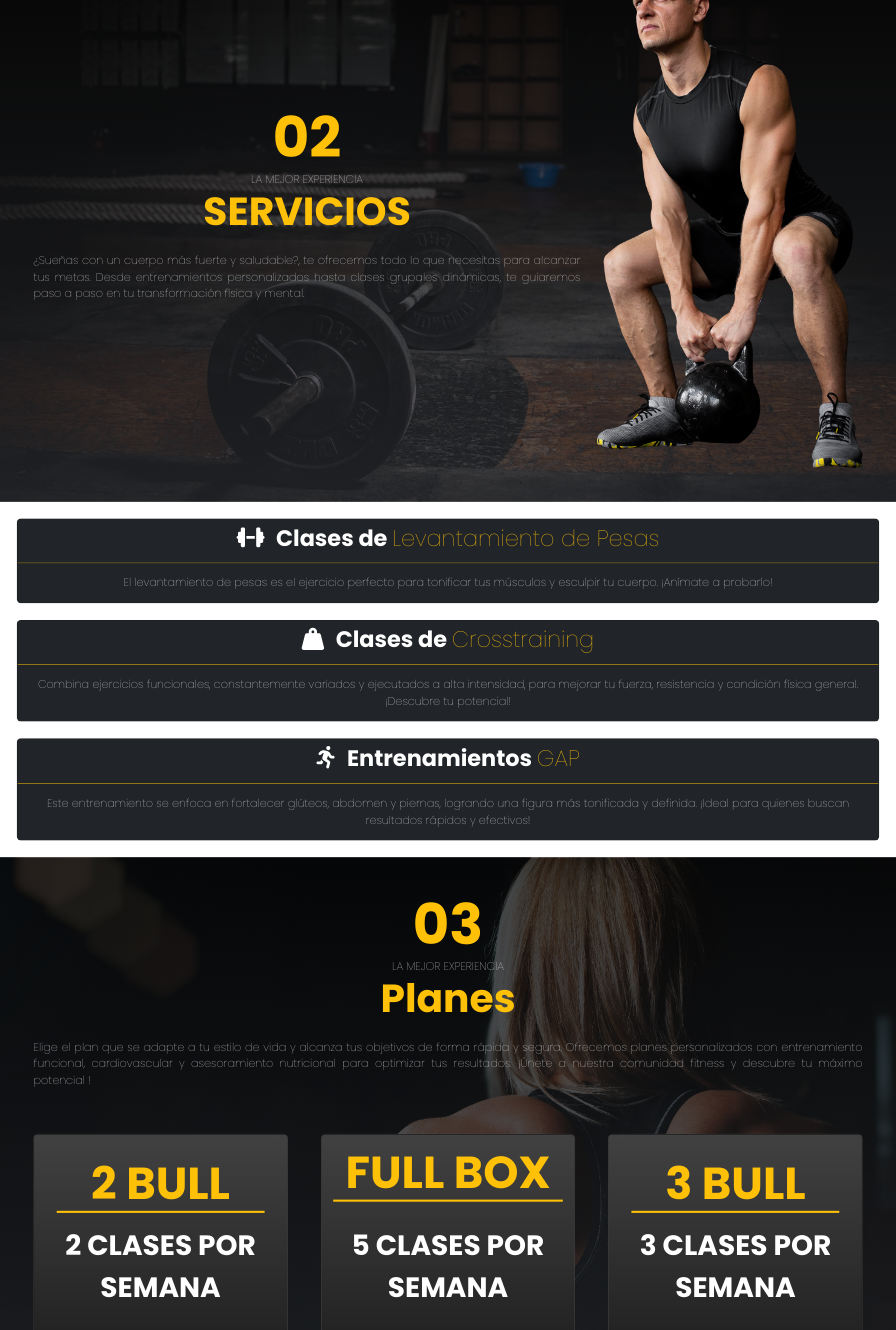
Repository: enjeru13/BullBox
Page: / (app in BullBox/)
An editor plug-in stored every save of this project. The page is shown before and after a run of saves, followed by the edit.
The browser window is 1280 px wide. The pictures show the part of the page from y = 1864 to 3764 px (the page is 4177 px tall), at 70% of full size.
The project was rebuilt for these pictures with package versions that can differ from the ones it lists, and the page was loaded fresh each time. Also part of the build but not shown: BullBox/vite.config.js, BullBox/src/pages/Registro.jsx, BullBox/src/pages/Login.jsx, BullBox/src/pages/Perfil.jsx, BullBox/src/pages/Tienda.jsx, BullBox/ProtectedRoute.jsx.

Above is the page before, as saved 2024-10-28 12:20:07.

### BullBox/index.html
<!doctype html>
<html lang="en">
  <head>
    <meta charset="UTF-8" />
    <link rel="icon" type="image/svg+xml" href="/vite.svg" />
    <link rel="preconnect" href="https://fonts.googleapis.com">
<link rel="preconnect" href="https://fonts.gstatic.com" crossorigin>
<link href="https://fonts.googleapis.com/css2?family=Poppins:ital,wght@0,100;0,200;0,300;0,400;0,500;0,600;0,700;0,800;0,900;1,100;1,200;1,300;1,400;1,500;1,600;1,700;1,800;1,900&family=Raleway:ital,wght@0,100;0,200;0,300;0,400;0,500;0,600;0,700;0,800;0,900;1,100;1,200;1,300;1,400;1,500;1,600;1,700;1,800;1,900&display=swap" rel="stylesheet">
    <meta name="viewport" content="width=device-width, initial-scale=1.0" />
    <title>Bull Box</title>
  </head>
  <body>
    <div id="root"></div>
    <script type="module" src="/src/main.jsx"></script>
    <script
    src="https://cdn.jsdelivr.net/npm/bootstrap@5.0.2/dist/js/bootstrap.bundle.min.js"
    integrity="sha384-MrcW6ZMFYlzcLA8Nl+NtUVF0sA7MsXsP1UyJoMp4YLEuNSfAP+JcXn/tWtIaxVXM"
    crossorigin="anonymous"
  ></script>
</html>

### BullBox/src/App.jsx
import { BrowserRouter, Routes, Route } from 'react-router-dom'
import { AuthProvider } from './context/AuthContext'
import Header from './components/Header'
import Inicio from './pages/Inicio'
import Registro from './pages/Registro'
import Login from './pages/Login'
import Perfil from './pages/Perfil'
import Tienda from './pages/Tienda'
import ProtectedRoute from '../ProtectedRoute'
import Footer from './components/Footer'

function App() {
  return (
    <AuthProvider>
      <BrowserRouter>
        <Header/>
        <Routes>
          <Route path='/' element={<Inicio />} />

          <Route path='/register' element={<Registro />} />

          <Route path='/login' element={<Login />} />

          <Route path='/tienda' element={<Tienda />} />

          <Route element={<ProtectedRoute/>}>
            <Route path='/profile' element={<Perfil />} />
          </Route>

        </Routes>
        <Footer/>
      </BrowserRouter>
    </AuthProvider>
  )
}

export default App

### BullBox/src/index.css
* {
 margin: 0;
 padding: 0;
 font-family: "Poppins", serif;
 font-optical-sizing: auto;
 font-weight: 100;
 font-style: normal;
}

/* Inicio */

.bg-image {
  background: linear-gradient(rgba(0, 0, 0, 0.717), rgba(36, 38, 42, 0.745)), url("/img/fondo.jpg");
  height: 100vh; /* 100vh = 100% de la altura de la viewport */
  width: 100vw; /* 100vw = 100% del ancho de la viewport */
  background-size: cover; /* Hace que la imagen cubra todo el espacio disponible */
  background-position: center; /* Centra la imagen */
  background-repeat: no-repeat; /* Evita que la imagen se repita */
  justify-content: center;
  align-items: center;
  display: flex;
}

/* Nosotros */

.bg {
  background-color: #dde1e9;
}

.justified-text {
  text-align: justify;
}

/* Servicios */

.bg-image-servicios {
  background: linear-gradient(rgba(0, 0, 0, 0.717), rgba(36, 38, 42, 0.745)), url("/img/fondo-servicios.jpg");
  background-size: cover; /* Hace que la imagen cubra todo el espacio disponible */
  background-position: center; /* Centra la imagen */
  background-repeat: no-repeat; /* Evita que la imagen se repita */
}

/* Planes */

.bg-image-planes {
  background: linear-gradient(rgba(0, 0, 0, 0.717), rgba(36, 38, 42, 0.745)), url("/img/fondo-planes1.jpg");
  background-size: cover; /* Hace que la imagen cubra todo el espacio disponible */
  background-position: center; /* Centra la imagen */
  background-repeat: no-repeat; /* Evita que la imagen se repita */
}

.bg-card {
  background: linear-gradient(rgba(0, 0, 0, 0.745), rgb(18, 17, 17));
}

### BullBox/src/context/AuthContext.jsx
import { createContext, useContext, useState, useEffect } from 'react'
import { registerRequest, loginRequest, verifyTokenRequest } from '../api/auth'
import Cookies from 'js-cookie'

const AuthContext = createContext();

// eslint-disable-next-line react-refresh/only-export-components
export const useAuth = () => {
    const context = useContext(AuthContext)
    if (!context) {
        throw new Error('useAuth deberia estar dentro del Provider')
    }
    return context
}

// eslint-disable-next-line react/prop-types
export const AuthProvider = ({ children }) => {

    const [user, setUser] = useState(null)
    const [isAuthenticated, setIsAuthenticated] = useState(false)
    const [errors, setErrors] = useState([])
    const [loading, setLoading] = useState(true)

    const signUp = async (user) => {
        try {
            const res = await registerRequest(user)
            console.log(res.data)
            setUser(res.data)
            setIsAuthenticated(true)
        } catch (error) {
            console.log(error.response)
            setErrors(error.response.data)
        }
    }

    const signIn = async (user) => {
        try {
            const res = await loginRequest(user)
            console.log(res.data)
            setUser(res.data)
            setIsAuthenticated(true)
        } catch (error) {
            if (Array.isArray(error.response.data)) {
                return setErrors(error.response.data)
            }
            setErrors([error.response.data.message])
        }
    }

    const logOut = () => {
        Cookies.remove('token')
        setIsAuthenticated(false)
        setUser(null)
    }

    // timer de las alertas de errores

    useEffect(() => {
        if (errors.length > 0) {
            const timer = setTimeout(() => {
                setErrors([])
            }, 3000);
            return () => clearTimeout(timer)
        }
    }, [errors])

    useEffect(() => {
        async function checkLogin() {
            const cookies = Cookies.get()

            if (!cookies.token) {
                setIsAuthenticated(false)
                setLoading(false)
                return setUser(null)
            }
            try {
                const res = await verifyTokenRequest(cookies.token)
                if (!res.data) {
                    setIsAuthenticated(false)
                    setLoading(false)
                    return
                }

                setIsAuthenticated(true)
                setUser(res.data)
                setLoading(false)

            } catch (error) {
                console.log(error)
                setIsAuthenticated(false)
                setUser(null)
                setLoading(false)
            }
        }
        checkLogin()
    }, [])

    return (
        <AuthContext.Provider value={{
            signUp,
            signIn,
            logOut,
            loading,
            user,
            isAuthenticated,
            errors,
        }}>
            {children}
        </AuthContext.Provider>
    )
}

export default AuthContext

### BullBox/src/components/Header.jsx
import { Link } from "react-router-dom"
import { useAuth } from '../context/AuthContext'

function Header() {

    const { isAuthenticated, logOut, user } = useAuth()

    return (
        <>
            <nav className="navbar navbar-expand-lg bg-dark border-bottom border-warning p-4 sticky-top">
                <div className="container-fluid">
                    <a className="navbar-brand text-white fs-1 " href='#'>BULL <span className="text-warning">BOX</span></a>
                    <button className="navbar-toggler border-2 border-warning" type="button" data-bs-toggle="collapse" data-bs-target="#navbarNav" aria-controls="navbarNav" aria-expanded="false" aria-label="Toggle navigation">
                        <span className="navbar-toggler-icon"></span>
                    </button>
                    <div className="collapse navbar-collapse " id="navbarNav">
                        <ul className="navbar-nav ms-auto justify-content-center align-items-center">
                            <li className="nav-item">
                                <Link className="nav-link text-white fs-4 active mx-3" aria-current="page" to="/">Inicio</Link>
                            </li>
                            <li className="nav-item">
                                <Link className="nav-link text-white fs-4 mx-3" to="/tienda">Tienda</Link>
                            </li>
                            {isAuthenticated ? (
                                <>
                                    <li className="nav-item">
                                        <Link className="nav-link text-white fs-4 mx-3" to='/profile'>Tu perfil {user.username} </Link>
                                    </li>
                                    <li className="nav-item ">
                                        <Link className="nav-link text-white fs-4 mx-3" to='/' onClick={() => {
                                            logOut()
                                        }}>Cerrar Sesión</Link>
                                    </li>
                                </>
                            ) : (
                                <>
                                    <li className="nav-item">
                                        <Link className="nav-link text-white fs-4 mx-3" to="/login">Inicia Sesión</Link>
                                    </li>
                                </>)}
                        </ul>
                    </div >
                </div >
            </nav >
        </>
    )
}

export default Header

### BullBox/src/pages/Inicio.jsx
import { FontAwesomeIcon } from '@fortawesome/react-fontawesome';
import { faLocationPin, faDumbbell, faPersonRunning, faWeightHanging } from '@fortawesome/free-solid-svg-icons';
import nosotros from '/img/nosotros.png'
import servicios from '/img/servicios.png'
import QRvzla from '/img/QRvzla.jpg'
import Mapa from '../components/Mapa'

function Inicio() {
    return (
        <>
            {/* Inicio */}

            <section className="bg-image text-center text-white fw-bold">
                <div className=''>
                    <h2 className='fw-bold display-4'>HAZ QUE <span className='text-warning'>OCURRA</span></h2>
                    <h5 className=''>Triunfar es mas facil de lo que piensas !</h5>
                    <hr className='text-warning' />
                    <h2 className='fw-bold display-4'>ENTRENA <span className='text-warning'>GRATIS HOY ! </span> </h2>
                    <h5 className=''>Primera Clase Gratis !</h5>
                </div>
            </section>

            {/* Nosotros */}

            <section className='container fw-bold p-5'>
                <div className='row justify-content-center align-items-center'>
                    <div className='col-md-4'>
                        <img className='img-fluid' src={nosotros} />
                    </div>
                    <div className='col-md-8 my-4 text-center'>
                        <div className='text-warning fw-bold display-1'>
                            01
                        </div>
                        <span className='fw-bold'>LA MEJOR EXPERIENCIA</span>
                        <h1 className='text-warning fw-bold display-4'>NOSOTROS</h1>
                        <p className='justified-text pt-3 fw-bold'> Creemos en el poder del movimiento y en el potencial ilimitado de cada persona. Nuestro equipo de expertos te guiará en cada paso del camino, diseñando planes de entrenamiento personalizados para ayudarte a alcanzar tus metas. </p>
                    </div>
                </div>
                <div >
                    <h1 className='text-center pt-3 pb-3 text-warning fw-bold'>Nuestra ubicacion</h1>
                    <Mapa />
                </div>
                <div>
                    <h3 className='text-center pt-4 fw-bold'> <FontAwesomeIcon className='text-warning me-2' icon={faLocationPin} />Barrio Obrero Calle 15 entre Carreras 21 y 22</h3>
                </div>
            </section>

            {/* Servicios */}

            <section className='bg-image-servicios fw-bold p-5 text-center text-white'>
                <div className='row justify-content-center align-items-center'>
                    <div className='col-md-8 my-4 text-center'>
                        <div className='text-warning fw-bold display-1'>
                            02
                        </div>
                        <span>LA MEJOR EXPERIENCIA</span>
                        <h2 className='text-warning fw-bold display-4'>SERVICIOS</h2>
                        <p className='justified-text pt-3'> ¿Sueñas con un cuerpo más fuerte y saludable?, te ofrecemos todo lo que necesitas para alcanzar tus metas. Desde entrenamientos personalizados hasta clases grupales dinámicas, te guiaremos paso a paso en tu transformación física y mental. </p>
                    </div>
                    <div className='col-md-4'>
                        <img className='img-fluid' src={servicios} />
                    </div>
                </div>
            </section>

            <div className="card text-center m-4 fw-bold bg-dark text-white">
                <div className="card-header border-warning">
                    <h2 className="text-center fw-bold"><i className='me-3'><FontAwesomeIcon icon={faDumbbell} /></i>Clases de <span className='text-warning'>Levantamiento de Pesas</span></h2>
                </div>
                <div className="card-body">
                    <p className="card-text text-center">El levantamiento de pesas es el ejercicio perfecto para tonificar tus músculos y esculpir tu cuerpo. ¡Anímate a probarlo!</p>
                </div>
            </div>

            <div className="card text-center m-4 fw-bold bg-dark text-white">
                <div className="card-header border-warning">
                    <h2 className=" fw-bold card-title text-center"><i className='me-3'><FontAwesomeIcon icon={faWeightHanging} /></i>Clases de <span className='text-warning'>Crosstraining</span></h2>
                </div>
                <div className="card-body">
                    <p className="card-text text-center">Combina ejercicios funcionales, constantemente variados y ejecutados a alta intensidad, para mejorar tu fuerza, resistencia y condición física general. ¡Descubre tu potencial!</p>
                </div>
            </div>

            <div className="card text-center m-4 fw-bold bg-dark text-white">
                <div className="card-header border-warning">
                    <h2 className=" fw-bold card-title text-center"><i className='me-3'><FontAwesomeIcon icon={faPersonRunning} /></i>Entrenamientos <span className='text-warning'>GAP</span></h2>
                </div>
                <div className="card-body">
                    <p className="card-text text-center ">Este entrenamiento se enfoca en fortalecer glúteos, abdomen y piernas, logrando una figura más tonificada y definida. ¡Ideal para quienes buscan resultados rápidos y efectivos!</p>
                </div>
            </div>

            {/* Planes */}

            <section className='bg-image-planes fw-bold p-5 text-center text-white'>
                <div className=''>
                    <div className='text-warning fw-bold display-1'>
                        03
                    </div>
                    <span>LA MEJOR EXPERIENCIA</span>
                    <h2 className='text-warning fw-bold display-4'>Planes</h2>
                </div>
                <p className='justified-text pt-3'>Elige el plan que se adapte a tu estilo de vida y alcanza tus objetivos de forma rápida y segura. Ofrecemos planes personalizados con entrenamiento funcional, cardiovascular y asesoramiento nutricional para optimizar tus resultados. ¡Únete a nuestra comunidad fitness y descubre tu máximo potencial ! </p>
                <div className="row row-cols-1 row-cols-md-3 g-5 pt-5">
                    <div className="col">
                        <div className="bg-card card h-100">
                            <div className="card-body">
                                <h5 className="card-title text-center text-warning display-3 fw-bold m-3 border-bottom border-3 border-warning">2 BULL</h5>
                                <p className="card-text text-center text-white fs-1 fw-bold">2 CLASES POR SEMANA</p>
                                <br />
                                <p className='text-center fs-1 text-warning fw-bold'>12$</p>
                                <p className='text-center text-white fs-1 fw-bold'>MENSUAL</p>
                            </div>
                        </div>
                    </div>
                    <div className="col">
                        <div className="bg-card card h-100">
                            <div className="card-body">
                                <h5 className="card-title text-center text-warning display-3 fw-bold border-bottom border-3 border-warning">FULL BOX</h5>
                                <br />
                                <p className="card-text text-center text-white fs-1 fw-bold ">5 CLASES POR SEMANA</p>
                                <br />
                                <p className='text-center fs-1 text-warning fw-bold'>20$</p>
                                <p className='text-center text-white fs-1 fw-bold'>MENSUAL</p>
                            </div>
                        </div>
                    </div>
                    <div className="col">
                        <div className="bg-card card h-100">
                            <div className="card-body">
                                <h5 className="card-title text-center text-warning display-3 fw-bold m-3 border-bottom border-3 border-warning">3 BULL</h5>
                                <p className="card-text text-center text-white fs-1 fw-bold">3 CLASES POR SEMANA</p>
                                <br />
                                <p className='text-center fs-1 text-warning fw-bold'>15$</p>
                                <p className='text-center text-white fs-1 fw-bold'>MENSUAL</p>
                            </div>
                        </div>
                    </div>
                    <div className='container-fluid h-100 d-flex flex-column justify-content-center align-items-center pt-5'>
                        <button type="button" className="btn btn-warning fw-bold fs-4" data-bs-toggle="modal" data-bs-target="#staticBackdrop">
                            Metodos de Pago
                        </button>
                    </div>
                    <div className="modal fade" id="staticBackdrop" data-bs-backdrop="static" data-bs-keyboard="false" tabIndex="-1" aria-labelledby="staticBackdropLabel" aria-hidden="true">
                        <div className="modal-dialog">
                            <div className="modal-content bg-dark">
                                <div className="modal-header">
                                    <h1 className="modal-title text-warning fs-4" id="staticBackdropLabel">Métodos de Pago</h1>
                                    <button type="button" className="btn-close" data-bs-dismiss="modal" aria-label="Close"></button>
                                </div>
                                <div className="modal-dialog modal-dialog-scrollable text-warning fs-5">
                                    Utiliza el método de pago que mejor se adapte a ti!
                                </div>
                                <p className='text-warning text-center fs-5'>QR Banco de Venezuela</p>
                                <img src={QRvzla} alt="QR banco de Venezuela" />
                                <p className='text-warning text-center fs-5 pt-3'>QR Banco de Venezuela</p>
                                <img src={QRvzla} alt="" />
                                <p className='text-warning text-center fs-5'>QR Banco de Venezuela</p>
                                <img src={QRvzla} alt="" />
                            </div>
                        </div>
                    </div>
                </div>
            </section>
            {/* <Footer /> */}
        </>

    )
}

export default Inicio

### BullBox/src/components/Footer.jsx
import { FontAwesomeIcon } from '@fortawesome/react-fontawesome';
import { faWhatsapp, faFacebook, faInstagram } from '@fortawesome/free-brands-svg-icons';

function Footer() {
    return (
        <div className='d-flex flex-column align-items-center text-center bg-dark border-top border-warning container-fluid p-1'>
            <h5 className='text-white'>2024 - BULL <span className='text-warning'>BOX</span> Todos los Derechos Reservados</h5>
            <div className="d-flex justify-content-center">
                <div className="nav-item">
                    <a className="nav-link text-white fs-2" href="#"><FontAwesomeIcon icon={faWhatsapp} /></a>
                </div>
                <div className="nav-item">
                    <a className="nav-link text-white fs-2 ms-5" href="#"><FontAwesomeIcon icon={faFacebook} /></a>
                </div>
                <div className="nav-item">
                    <a className="nav-link text-white fs-2 ms-5" href="#"><FontAwesomeIcon icon={faInstagram} /></a>
                </div>
            </div>
        </div>
    )
}

export default Footer

### BullBox/src/api/auth.js
import axios from "./axios";

export const registerRequest = (user) => axios.post(`/register`, user);

export const loginRequest = (user) => axios.post(`/login`, user);

export const verifyTokenRequest = () => axios.get(`/verify`);

### BullBox/src/components/Mapa.jsx
import { MapContainer, TileLayer, Marker, Popup } from 'react-leaflet'
import 'leaflet/dist/leaflet.css'
import './Mapa.css'


const Mapa = () => {
    return (

        <div className='container-fluid'>
            <MapContainer center={{ lat: '7.7819182', lng: '-72.2228125' }} zoom={16}>
                <TileLayer url='https://tile.openstreetmap.org/{z}/{x}/{y}.png'
                    attribution='&copy; <a href="http://www.openstreetmap.org/copyright">OpenStreetMap</a>' />
                <Marker position={{ lat: '7.7819182', lng: '-72.2228125' }}>
                    <Popup>
                        Ubicacion de BULL BOX
                    </Popup>
                </Marker>
            </MapContainer>
        </div>
    )
}

export default Mapa

### BullBox/src/api/axios.js
import axios from "axios";

const instance = axios.create({
    baseURL: 'http://localhost:3000/api',
    withCredentials: true
})

export default instance

### BullBox/src/components/Mapa.css
.leaflet-container {
    width: 100%;
    height: 300px;
    background: #000;
}

Loaded but not shown: BullBox/src/main.jsx (common file)

After the next 2 saves:
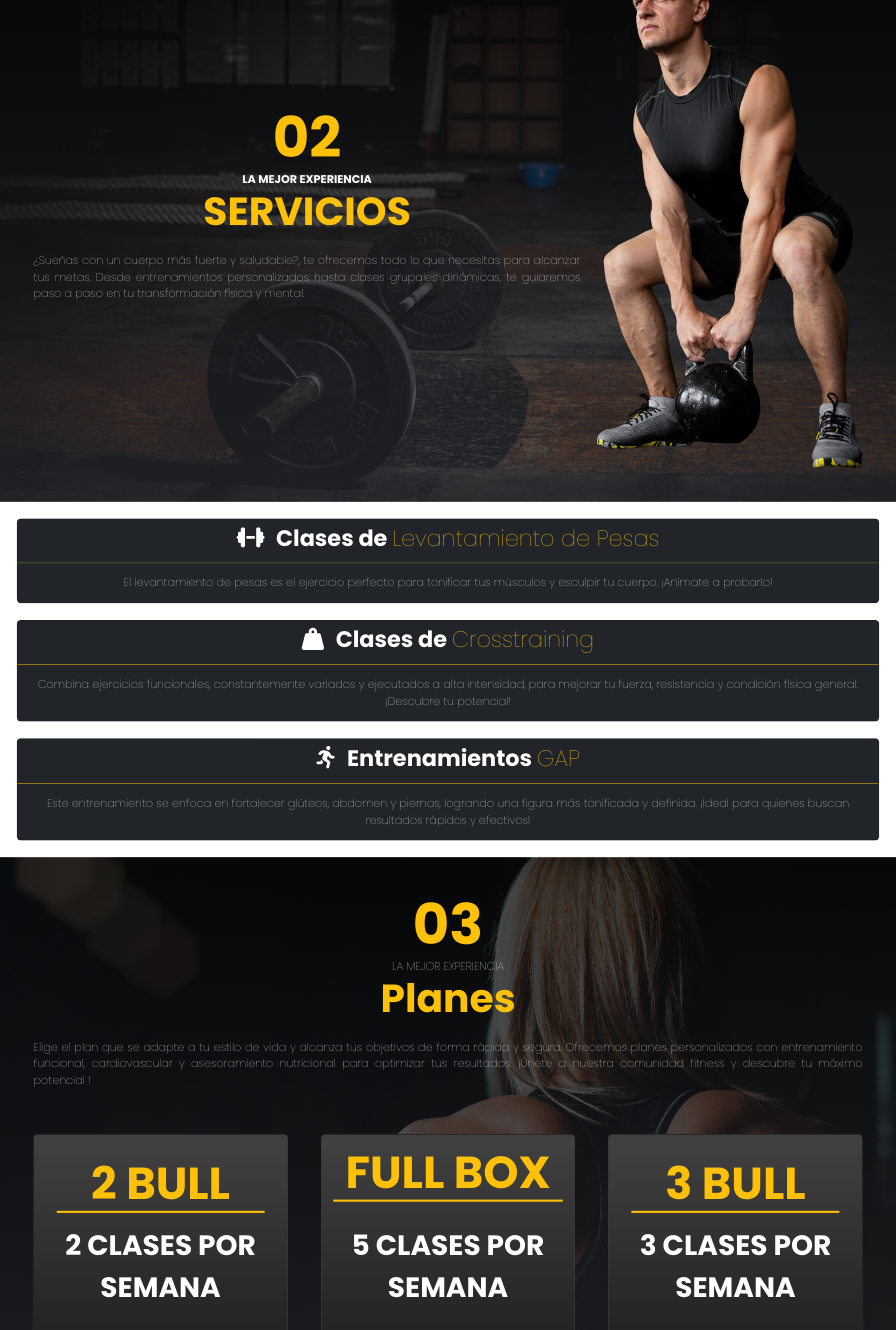
The 2 saves are shown as one change because they came seconds apart.
The last was saved 24 s later.
--- a/BullBox/src/pages/Inicio.jsx
+++ b/BullBox/src/pages/Inicio.jsx
@@ -53,7 +53,7 @@ function Inicio() {
                         <div className='text-warning fw-bold display-1'>
                             02
                         </div>
-                        <span>LA MEJOR EXPERIENCIA</span>
+                        <span className='fw-bold'>LA MEJOR EXPERIENCIA</span>
                         <h2 className='text-warning fw-bold display-4'>SERVICIOS</h2>
                         <p className='justified-text pt-3'> ¿Sueñas con un cuerpo más fuerte y saludable?, te ofrecemos todo lo que necesitas para alcanzar tus metas. Desde entrenamientos personalizados hasta clases grupales dinámicas, te guiaremos paso a paso en tu transformación física y mental. </p>
                     </div>
